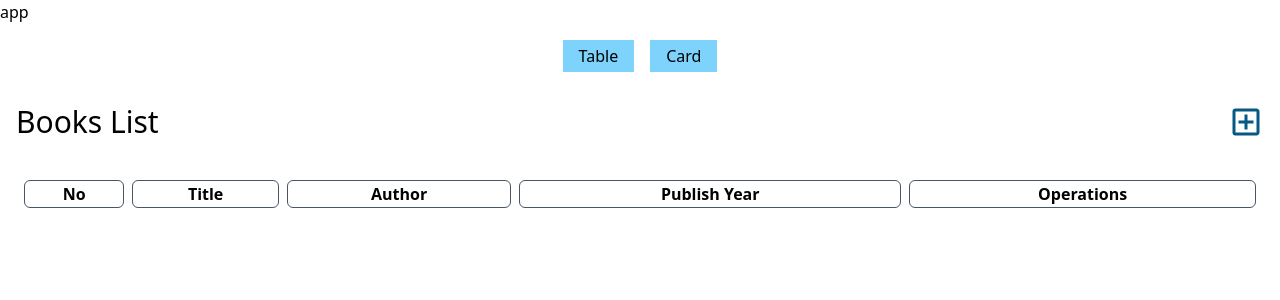
Repository: shreyas264/BookStore-MERN-Stack
Page: / (app in frontend/)
An editor plug-in stored every save of this project. The page is shown before and after the next save, followed by the edit.
The browser window is 1280 px wide. The pictures show the whole page.
The page's requests for data from a server got no answer. The project was rebuilt for these pictures with package versions that can differ from the ones it lists, and the page was loaded fresh each time. No one was signed in, and anything a server would have sent is missing. Also part of the build but not shown: frontend/vite.config.js, frontend/src/components/home/BookModal.jsx, frontend/src/components/home/BookSingleCard.jsx, frontend/src/components/home/BooksCard.jsx, frontend/src/components/BackButton.jsx, frontend/src/pages/CreateBook.jsx, frontend/src/pages/EditBook.jsx, frontend/src/pages/DeleteBook.jsx and 1 more.

Above is the page before, as saved 2024-12-04 12:50:13.

### frontend/src/main.jsx
import { StrictMode } from 'react'
import { createRoot } from 'react-dom/client'
import './index.css'
import App from './App.jsx'
import { BrowserRouter } from 'react-router-dom'
import {SnackbarProvider} from 'notistack'

createRoot(document.getElementById('root')).render(
  <BrowserRouter>
  <SnackbarProvider>
    <App />
  </SnackbarProvider>
  </BrowserRouter>,
)

### frontend/src/App.jsx
import React from 'react'
import { Routes, Route } from 'react-router-dom'
import Home from './pages/Home'
import CreateBook from './pages/CreateBook'
import EditBook from './pages/EditBook'
import DeleteBook from './pages/DeleteBook'
import ShowBook from './pages/ShowBook'

const App = () => {
  return (
    <div>
      <h1>app</h1>
    <Routes>
      <Route path='/' element={<Home/>}/>
      <Route path='/books/create' element={<CreateBook/>}/>
      <Route path='/books/details/:id' element={<ShowBook/>}/>
      <Route path='/books/edit/:id' element={<EditBook/>}/>
      <Route path='/books/delete/:id ' element={<DeleteBook/>}/>
    </Routes>
    </div>
  )
}

export default App

### frontend/src/pages/Home.jsx
import React, { useEffect, useState } from 'react'
import axios from 'axios';
import Spinner from '../components/Spinner';
import { Link } from 'react-router-dom';
import { AiOutlineEdit } from 'react-icons/ai';
import { BsInfoCircle } from 'react-icons/bs';
import { MdOutlineAddBox, MdOutlineDelete } from 'react-icons/md';
import BooksTable from '../components/home/BooksTable';
import BooksCard from '../components/home/BooksCard';
const Home = () => {
    const [books, setBooks] = useState([]);
    const [loading, setLoading] = useState(false);
    const [showType, setShowType] = useState('table');

    useEffect(() => {
        setLoading(true);
        axios
            .get(`http://localhost:5555/books`)
            .then((response) => {
                setBooks(response.data.data);
                setLoading(false);
            })
            .catch((error) => {
                console.log(error);
                setLoading(false);
            });
    }, []);
    return (
        <div className='p-4'>
            <div className='flex justify-center items-center gap-x-4'>
                <button
                    className='bg-sky-300 hover:bg-sky-600 px-4 py-1 riunded-1g'
                    onClick={() => setShowType('table')}
                >
                    Table
                </button>
                <button
                    className='bg-sky-300 hover:bg-sky-600 px-4 py-1 riunded-1g'
                    onClick={() => setShowType('card')}
                >
                    Card
                </button>
            </div>
            <div className='flex justify-between items-center'>
                <h1 className='text-3xl my-8'>Books List</h1>
                <Link to='/books/create'>
                    <MdOutlineAddBox className='text-sky-800 text-4xl' />
                </Link>
            </div>
            {loading ?  <Spinner />: showType ==='table' ? ( <BooksTable books={books} />) : (<BooksCard books={books}/>)}
        </div>
    )
}

export default Home

### frontend/src/components/home/BooksTable.jsx
import React from 'react'
import { Link } from 'react-router-dom';
import { AiOutlineEdit } from 'react-icons/ai';
import { BsInfoCircle } from 'react-icons/bs';
import { MdOutlineAddBox, MdOutlineDelete } from 'react-icons/md';

const BooksTable = ({books}) => {
  return (
    <table className='w-full border-separate border-spacing-2'>
                    <thead>
                        <tr>
                            <th className='border border-slate-600 rounded-md'>No</th>
                            <th className='border border-slate-600 rounded-md'>Title</th>
                            <th className='border border-slate-600 rounded-md max-md:hidden'>Author</th>
                            <th className='border border-slate-600 rounded-md max-md:hidden'>Publish Year</th>
                            <th className='border border-slate-600 rounded-md'>Operations</th>

                        </tr>
                    </thead>
                    <tbody>
                        {books.map((book, index) => (
                            <tr key={book._id} className='h-8'>
                                <td className='border border-slate-700 rounded-md text-center'>
                                    {index + 1}
                                </td>
                                <td className='border border-slate-700 rounded-md text-center'>
                                    {book.title}
                                </td>
                                <td className='border border-slate-700 rounded-md text-center max-md:hidden'>
                                    {book.author}
                                </td>
                                <td className='border border-slate-700 rounded-md text-center max-md:hidden'>
                                    {book.publishYear}
                                </td>
                                <td className='border border-slate-700 rounded-md text-center'>
                                    <div className='flex justify-center gap-x-4'>
                                        <Link to={`/books/details/${book._id}`}>
                                            <BsInfoCircle className='text-2xl text-green-800' />
                                        </Link>
                                        <Link to={`/books/edit/${book._id}`}>
                                            <AiOutlineEdit className='text-2xl text-yellow-600' />
                                        </Link>
                                        <Link to={`/books/delete/${book._id}`}>
                                            <MdOutlineDelete className='text-2xl text-red-600' />
                                        </Link>
                                    </div>
                                </td>
                            </tr>
                        ))}
                    </tbody>
                </table>
  )
}

export default BooksTable

Loaded but not shown: frontend/index.html (common file); frontend/src/index.css (common file); frontend/src/components/Spinner.jsx (common file); frontend/tailwind.config.js (common file)

After the next save:
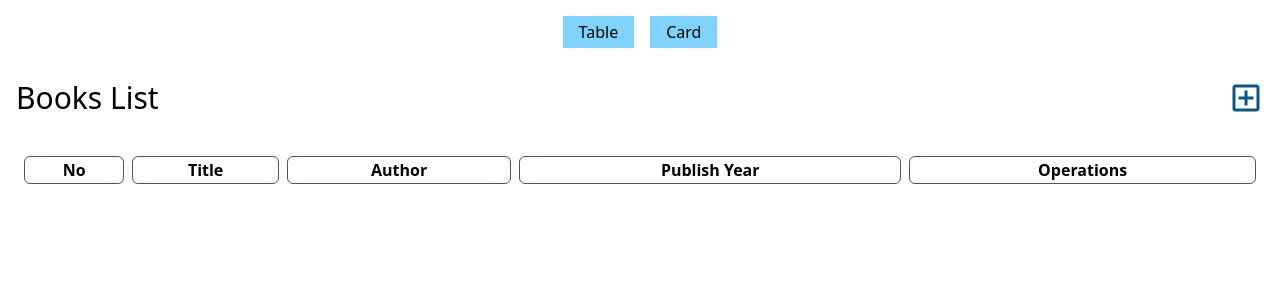
Saved 114 s later.
--- a/frontend/src/App.jsx
+++ b/frontend/src/App.jsx
@@ -8,8 +8,8 @@
 
 const App = () => {
   return (
-    <div>
-      <h1>app</h1>
+
+
     <Routes>
       <Route path='/' element={<Home/>}/>
       <Route path='/books/create' element={<CreateBook/>}/>
@@ -17,7 +17,7 @@
       <Route path='/books/edit/:id' element={<EditBook/>}/>
       <Route path='/books/delete/:id ' element={<DeleteBook/>}/>
     </Routes>
-    </div>
+
   )
 }
 
